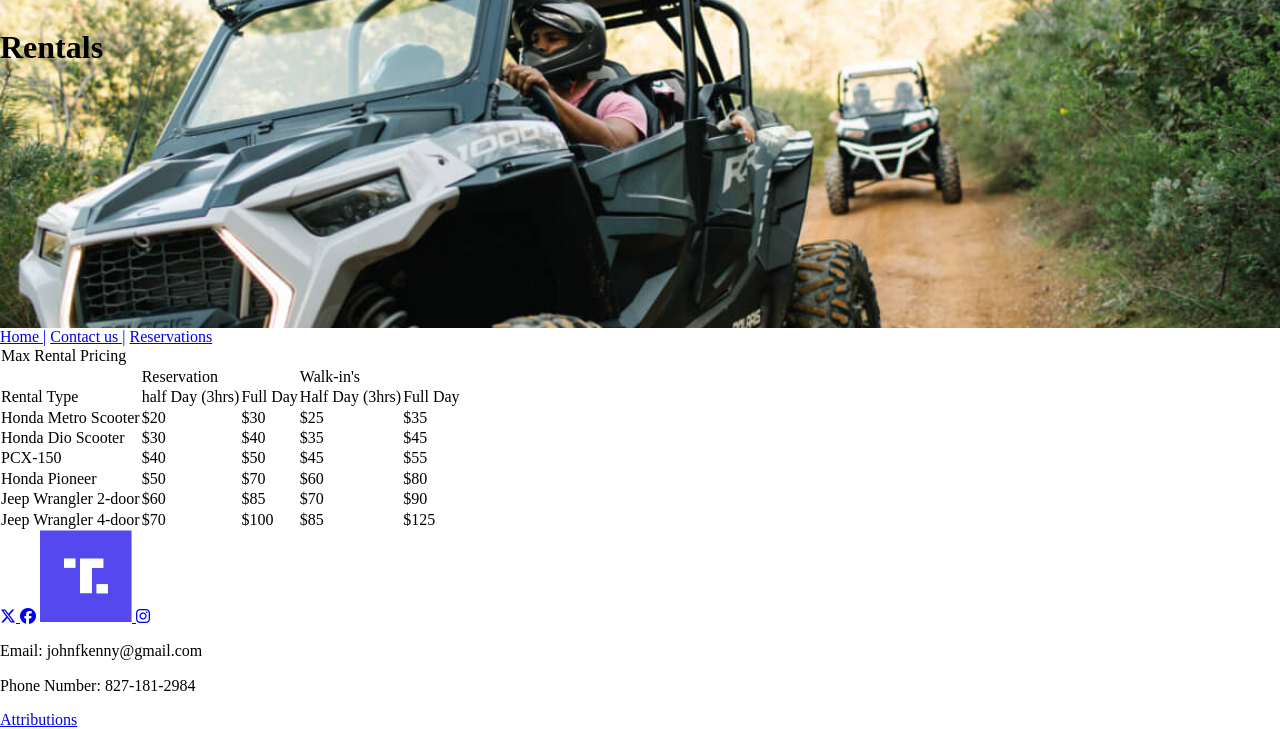
Repository: nak97/WDD230
Page: scoots/rentals-page/rentals-page.html
An editor plug-in stored every save of this project. The page is shown before and after the next save, followed by the edit.
The browser window is 1280 px wide. The pictures show the whole page.
Some web libraries are served in a nearby version.

Above is the page before, as saved 2023-12-11 13:56:26.

### scoots/rentals-page/rentals-page.html
<!DOCTYPE html>
<html lang="en">
<head>
  <meta charset="UTF-8">
  <meta name="viewport" content="width=device-width, initial-scale=1.0">
  <title>Nick Keen - WDD 230 - Web Frontend Development</title>
  <meta name="description" content="WDD 230 - Nicholas Keen  - Web Frontend Final Project">
  <meta name="author" content="Nicholas Keen">
  <meta property="og:title" content="facebook"/>
  <meta property="og:type" content="website" />
  <meta property="og:url" content="facebook.com" />
  <meta property="og:image" content="images/facebook-meta-tag-pic.png" />
  <link rel="stylesheet" href="styles/base.css">
  <link rel="stylesheet" href="styles/media.css">
  <link rel="stylesheet" href="styles/normalize.css">
</head>
<body>

  <header>
<h1>Rentals</h1>
  </header>

  <nav>
<a href="../home-page/home.html">Home |</a>
<a href="../contact/contact.html">Contact us |</a>
<a href="../reservations/reservations.html">Reservations</a>
  </nav>

  <main>
    <table class="content-table">
      <thead>
        <tr>
          <td>  Max Rental Pricing</td></tr>
          <td></td>
          <td colspan="2"> Reservation</td>
          <td colspan="2">Walk-in's</td>
      </tr>
      </thead>
      <tbody>
        <tr>
          <td>Rental Type</td>
          <td>half Day (3hrs)</td>
          <td>Full Day</td>
          <td>Half Day (3hrs)</td>
          <td>Full Day</td>
      </tr>
        <tr>
        <td>Honda Metro Scooter</td>
        <td><span id="price-half-metro"></span></td>
        <td><span id="price-f-metro"></span></td>
        <td><span id="price-h-w"> </span></td>
        <td id="price-f-w"> </td>
        <td></td>
      </tr>
        <tr>
          <td>Honda Dio Scooter</td>
          <td> <span id="dio-h-r"></span></td>
          <td> <span id="dio-f-r"></span></td>
          <td> <span id="dio-h-w"></span></td>
          <td> <span id="dio-f-w"></span></td>
          <td></td>
        </tr>
        <tr>
          <td>PCX-150</td>
          <td> <span id="pcx-h-r"></span></td>
          <td> <span id="pcx-f-r"></span></td>
          <td> <span id="pcx-h-w"></span></td>
          <td> <span id="pcx-f-w"></span></td>
        </tr>
        <tr>
          <td>Honda Pioneer</td>
          <td> <span id="pioneer-h-r"></span></td>
          <td> <span id="pioneer-f-r"></span></td>
          <td> <span id="pioneer-h-w"></span></td>
          <td> <span id="pioneer-f-w"></span></td>
        </tr>
        <tr>
          <td>Jeep Wrangler 2-door</td>
          <td> <span id="jeep-two-h-r"></span></td>
          <td> <span id="jeep-two-f-r"></span></td>
          <td> <span id="jeep-two-h-w"></span></td>
          <td> <span id="jeep-two-f-w"></span></td>
        </tr>
        <tr>
        <td>Jeep Wrangler 4-door</td>
        <td> <span id="jeep-four-h-r"></span></td>
        <td> <span id="jeep-four-f-r"></span></td>
        <td> <span id="jeep-four-h-w"></span></td>
        <td> <span id="jeep-four-f-w"></span></td>
        </tr>






      </tbody>





    </table>






















  </main>





<footer>

  <a href="https://twitter.com/" target="_blank" > <i class="fa-brands fa-x-twitter"></i> </a>
  <a href="https://www.facebook.com" target="_blank"><i class="fa-brands fa-facebook"></i></a>
  <a href="https://truthsocial.com/" target="_blank"> <img class="truth-social-icon" src="images/truth-social.svg" alt="truth social"> </a>
  <a href="https://www.instagram.com/" target="_blank"><i class="fa-brands fa-instagram"></i></a>

<section class="info">
<p>Email: johnfkenny@gmail.com</p>
<p>Phone Number: 827-181-2984</p>
<a href="attributions.html" target="_blank">Attributions</a>
</section>


</footer>



<script src="./scripts/pricing.js"></script>
<script src="https://kit.fontawesome.com/615002bc5f.js" crossorigin="anonymous"></script>
</body>


</html>

### scoots/rentals-page/styles/base.css
header {
  background-image: url(../images/OHV-SEO-1152x768.jpg);
  background-repeat: no-repeat;
  height: 20rem;
  background-position: 10% 67%;
  background-size: cover;
  margin-top: 0 ;
  padding-top: 0.5rem;
}


.content-table {
  border-collapse: collapse;
}

### scoots/rentals-page/scripts/pricing.js
const url = './data/pricing.json'
async function getPrice() {
 const response = await fetch(url);
 const data = await response.json();
 console.log(data)

// metro scooter
 document.getElementById('price-half-metro').innerText = data.reservation[0].hd;
 document.getElementById('price-f-metro').innerText = data.reservation[0].fd ;
 document.getElementById('price-h-w').innerText = data.walk[0].hd;
 document.getElementById('price-f-w').innerText = data.walk[0].fd;

// dio scooter
 document.getElementById('dio-h-r').innerText = data.reservation[1].hd;
 document.getElementById('dio-f-r').innerText = data.reservation[1].fd;
 document.getElementById('dio-h-w').innerText = data.walk[1].hd;
 document.getElementById('dio-f-w').innerText = data.walk[1].fd;

//  pxc150
document.getElementById('pcx-h-r').innerText = data.reservation[2].hd;
document.getElementById('pcx-f-r').innerText = data.reservation[2].fd;
document.getElementById('pcx-h-w').innerText = data.walk[2].hd;
document.getElementById('pcx-f-w').innerText = data.walk[2].fd;

// pioneer
document.getElementById('pioneer-h-r').innerText = data.reservation[3].hd;
document.getElementById('pioneer-f-r').innerText = data.reservation[3].fd;
document.getElementById('pioneer-h-w').innerText = data.walk[3].hd;
document.getElementById('pioneer-f-w').innerText = data.walk[3].fd;

// jeep 2-door
document.getElementById('jeep-two-h-r').innerText = data.reservation[5].hd;
document.getElementById('jeep-two-f-r').innerText = data.reservation[5].fd;
document.getElementById('jeep-two-h-w').innerText = data.walk[5].hd;
document.getElementById('jeep-two-f-w').innerText = data.walk[5].fd;

// jeep 4-door
document.getElementById('jeep-four-h-r').innerText = data.reservation[4].hd;
document.getElementById('jeep-four-f-r').innerText = data.reservation[4].fd;
document.getElementById('jeep-four-h-w').innerText = data.walk[4].hd;
document.getElementById('jeep-four-f-w').innerText = data.walk[4].fd;
}
getPrice();

### scoots/rentals-page/data/pricing.json
{
  "reservation":[
      {
        "type": "Honda Metro Scooter ",
        "hd": "$20",
        "fd": "$30"
      },

      {
        "type": " Honda Dio Scooter",
        "hd": "$30 ",
        "fd": "$40 "
      },

      {
        "type": " Honda CX150 Scooter",
        "hd": "$40 ",
        "fd": "$50 "
      },


      {
        "type": " Honda Pioneer",
        "hd": "$50 ",
        "fd": "$70 "
      },

      {
        "type": " Jeep Wrangler - 4 door with a/c",
        "hd": "$70 ",
        "fd": "$100 "
      },

      {
        "type": " Jeep Wrangler - 2 door ",
        "hd": "$60 ",
        "fd": "$85 "
      }
  ],

  "walk":[
{
  "type": "Honda Metro Scooter ",
  "hd": "$25",
  "fd": "$35"
},

{
  "type": " Honda Dio Scooter",
  "hd": "$35 ",
  "fd": "$45 "
},

{
  "type": " Honda CX150 Scooter",
  "hd": "$45 ",
  "fd": "$55 "
},

{
  "type": " Honda Pioneer",
  "hd": "$60 ",
  "fd": "$80 "
},

{
  "type": " Jeep Wrangler - 4 door with a/c",
  "hd": "$85 ",
  "fd": "$125 "
},

{
  "type": " Jeep Wrangler - 2 door ",
  "hd": "$70 ",
  "fd": "$90 "
}

  ]
}

Loaded but not shown: scoots/rentals-page/styles/normalize.css (library); scoots/rentals-page/styles/media.css (no stored copy; drawn as an empty file)

After the next save:
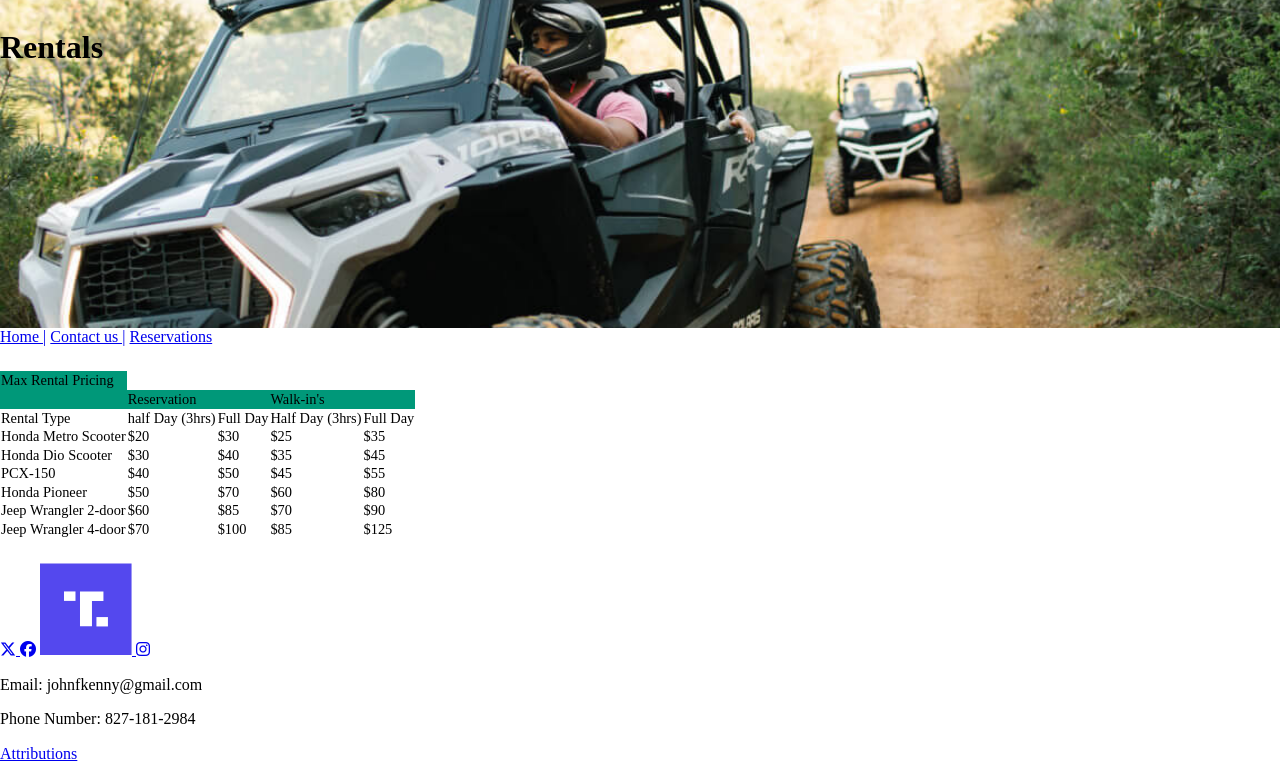
Saved 41 s later.
--- a/scoots/rentals-page/styles/base.css
+++ b/scoots/rentals-page/styles/base.css
@@ -11,4 +11,11 @@ header {
 
 .content-table {
   border-collapse: collapse;
+  margin: 25px 0;
+  font-size: 0.9em;
+  min-width: 400px;
 }
+
+.content-table thead tr {
+  background-color: #009879;
+}
